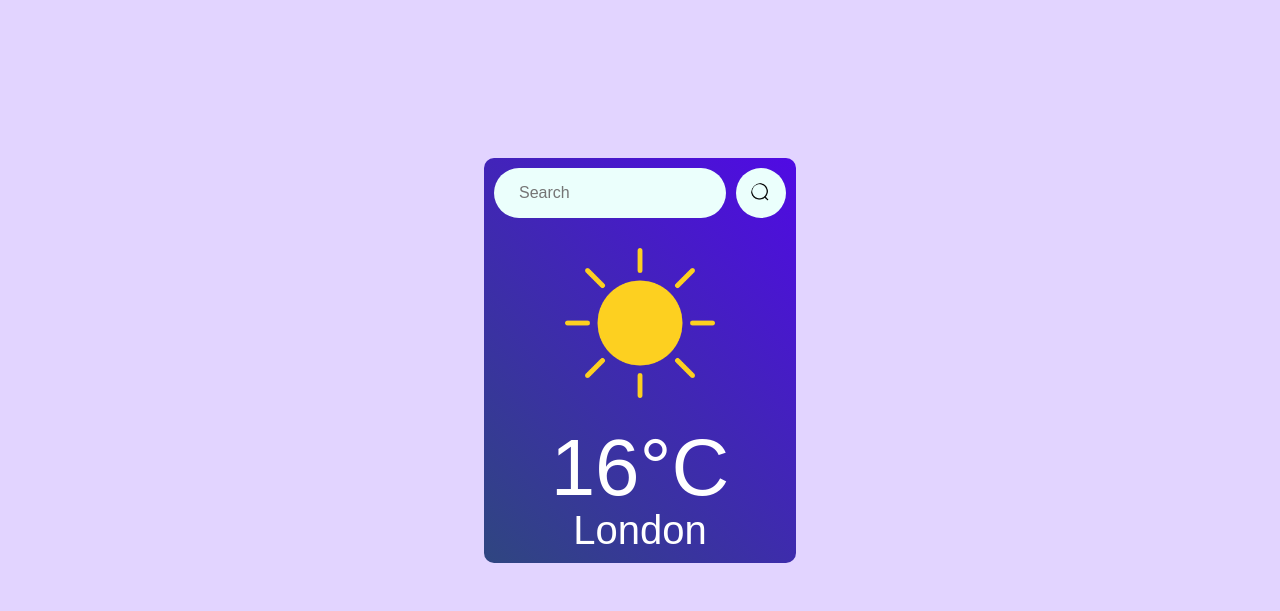
Repository: wakoya-tech/wheather-app
Page: /
These files come from the project's save history. The page is drawn as it stood at one moment and after a run of saves; the edit follows.
The browser window is 1280 px wide. The pictures show the whole page.
The project was rebuilt for these pictures with package versions that can differ from the ones it lists, and the page was loaded fresh each time. Also part of the build but not shown: vite.config.js, src/App.css.

Above is the page before, as saved 2025-10-18 01:09:09.

After the next 2 saves:
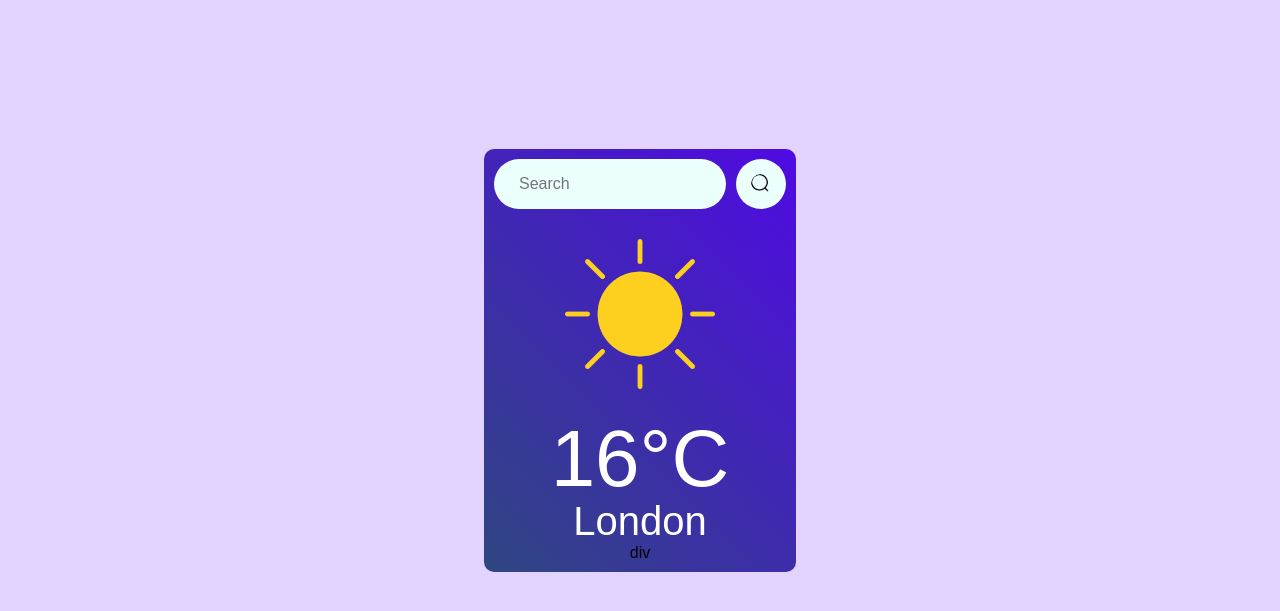
The 2 saves are shown as one change because 1 did not build or start.
The last was saved 19 h 8 min later.
--- a/src/Components/Weather.jsx
+++ b/src/Components/Weather.jsx
@@ -19,8 +19,9 @@ function Weather() {
        <img src={clear} alt="" className='weather-icon'/>
         <p className='temperature'>16°C</p>
         <p className='location'>London</p>
+    div
     </div>
   );
 }
-
+/*https://www.flaticon.com/free-icon/sun_1163662?related_id=1163662&origin=<pack></pack>*/
 export default Weather;
